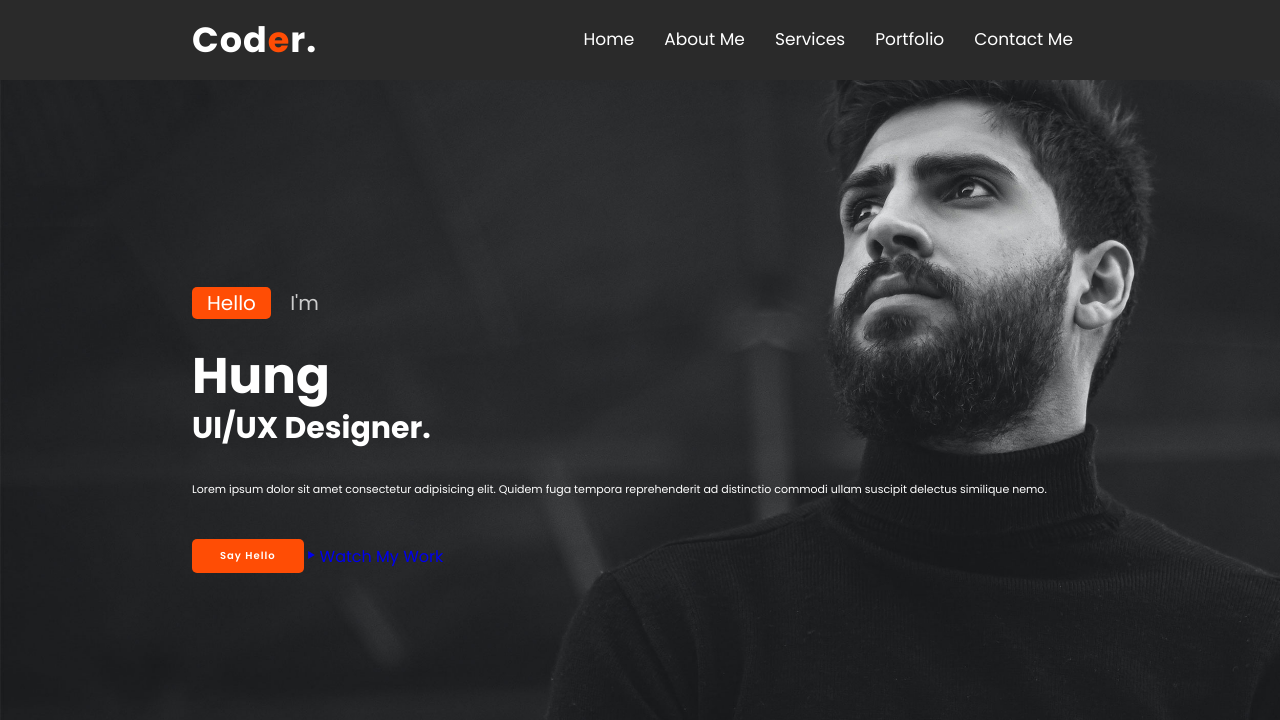
Repository: HungNg99/Protifolio2
Page: Portfolio/index.html
An editor plug-in stored every save of this project. The page is shown before and after the next save, followed by the edit.
The browser window is 1280 px wide. The pictures show the whole page.

Above is the page before, as saved 2022-12-09 10:05:02.

### Portfolio/index.html
<!DOCTYPE html>
<html lang="en">

<head>
    <meta charset="UTF-8">
    <meta http-equiv="X-UA-Compatible" content="IE=edge">
    <meta name="viewport" content="width=device-width, initial-scale=1.0">
    <title>Portfolio</title>
    <link rel="stylesheet" href="./reset.css">
    <link rel="stylesheet" href="./style.css">
    <link rel="stylesheet" href="https://cdnjs.cloudflare.com/ajax/libs/font-awesome/6.2.1/css/all.min.css"
        integrity="sha512-MV7K8+y+gLIBoVD59lQIYicR65iaqukzvf/nwasF0nqhPay5w/9lJmVM2hMDcnK1OnMGCdVK+iQrJ7lzPJQd1w=="
        crossorigin="anonymous" referrerpolicy="no-referrer" />

        <link rel="stylesheet"
        href="https://unpkg.com/boxicons@latest/css/boxicons.min.css">

    <link
        href="https://fonts.googleapis.com/css2?family=Montserrat:wght@800&family=Poppins:ital,wght@0,300;0,400;0,600;0,700;1,600&family=Roboto:wght@300;500&display=swap"
        rel="stylesheet">
</head>

<body>
    <!-- header design-->
    <header>
        <a href="#" class="logo">Cod<span>e</span>r.</a>
        <ul class="nav-list">
            <li><a href="#home" class="nav-link">
                    Home
                </a></li>
            <li><a href="#about" class="nav-link">
                    About Me
                </a></li>
            <li><a href="#services" class="nav-link">
                    Services
                </a></li>
            <li><a href="#portfolio" class="nav-link">
                    Portfolio
                </a></li>
            <li><a href="#contact" class="nav-link">
                    Contact Me
                </a></li>
        </ul>

        <div class="bx bx-menu" id="menu-icon">
        </div>
    </header>

    <!-- home section design -->
    <section class="home" id="home">
       <div class="home-text">
        <div class="slide">
            <span class="one">Hello</span>
            <span class="two">I'm</span>
        </div>
        <h1>Hung</h1>
        <h3>UI/UX <span>Designer.</span> </h3>
        <p>Lorem ipsum dolor sit amet consectetur adipisicing elit. Quidem fuga tempora reprehenderit ad distinctio commodi ullam suscipit delectus similique nemo.</p>
        <div class="button">
            <a href="#" class="btn">Say Hello</a>
            <a href="#" class="btn2"><span><i class='bx bx-play'></i>Watch My Work</span></a>
        </div>
       </div>
    </section>
    <script src="./scripts.js"></script>
</body>

</html>

### Portfolio/reset.css
html {
    box-sizing: border-box;
  }
  * {
    margin: 0;
    padding: 0;
  }
  *,
  *:before,
  *:after {
    box-sizing: border-box;
  }
  input,
  textarea,
  select,
  button {
    outline: none;
  }
  input {
    line-height: normal;
  }
  label,
  button {
    cursor: pointer;
  }
  a {
    text-decoration: none;
  }
  img {
    display: block;
    max-width: 100%;
  }
  *,
  *:before,
  *:after {
    box-sizing: border-box;
  }
  /* using rem unit */
  html {
    font-size: 62.5%;
  }
  a {
    text-decoration: none;
  }
  img {
    display: block;
    max-width: 100%;
  }
  body {
    font-family: "Poppins", sans-serif;
    font-size: 16px;
    line-height: 1;
    list-style: none;
    scroll-behavior: smooth;
    /* height: 200vh; */
  }

### Portfolio/style.css
:root {
    --bg-color: #2a2a2a;
    --second-bg-color: #202020;
    --text-color: #fff;
    --second-color: #ccc;
    --main-color: #ff4d05;
    --big-font: 5rem;
    --h2-font: 3rem;
    --p-font: 1.1rem;
}

header {
    position: fixed;
    width: 100%;
    top: 0;
    right: 0;
    z-index: 1000;
    align-items: center;
    justify-content: space-between;
    background: var(--bg-color);
    padding: 22px 15%;
    border-bottom: 1px solid transparent;
    transition: all 0.45s ease;
    display: flex;
    justify-content: space-between;
    align-items: center;
}

.logo {
    color: var(--text-color);
    font-size: 35px;
    font-weight: 700;
    letter-spacing: 1px;
}

.logo span {
    color: var(--main-color);
}

.nav-list {
    display: flex;
    list-style: none;
}

.nav-list .nav-link {
    color: var(--text-color);
    margin: 0 15px;
    font-size: 17px;
    font-weight: 500;
    transition: all 0.45s ease;
}

.nav-list .nav-link:hover {
    color: var(--main-color);
}

.nav-list .nav-link.active {
    color: var(--main-color);
}

#menu-icon {
    color: var(--text-color);
    font-size: 35px;
    z-index: 10001;
    cursor: pointer;
    margin-left: 25px;
    display: none;

}

section {
    padding: 160px 15% 120px;
}

.home {
    position: relative;
    background-image: url(./img/background.jpg);
    background-repeat: no-repeat;
    background-position: center;
    background-size: cover;
    height: 100vh;
    width: 100%;
    display: flex;
    align-items: center;
    justify-content: flex-start;
}

.slide {
    margin-bottom: 30px;
}

.one {
    display: inline-block;
    margin-right: 15px;
    height: 32px;
    padding: 0 15px;
    line-height: 32px;
    font-size: 20px;
    font-weight: 500;
    border-radius: 5px;
    background-color: var(--main-color);
    color: var(--text-color);
}

.two {
    display: inline-block;
    color: var(--second-color);
    font-size: 20px;
    font-weight: 500;
}
.home-text{
    margin-top: 100px;
}
.home-text h1 {
    font-size: var(--big-font);
    font-weight: 700;
    color: var(--text-color);
    line-height:1.1;
    margin: 0 0 8px;
}
.home-text h3{
    color: var(--text-color);
    margin: 0 0 35px;
    font-size: 3rem;
    font-weight: 700;
    line-height:1.1;
}
.home-text p{
    color: var(--text-color);
    font-size: var(--p-font);
    line-height:1.8;
    margin-bottom: 40px;
}
.button{
    display:flex;
    align-items: center;
    justify-content: flex-start;
}
.btn{
    display: inline-block;
    padding: 12px 28px;
    background: var(--main-color);
    border-radius: 5px;
    color: var(--text-color);
    font-size:1rem;
    letter-spacing: 1px;
    font-weight: 600;
    transition: all 0.45s ease;
}

Loaded but not shown: Portfolio/scripts.js (no copy from this time; the picture is the same without it)

After the next save:
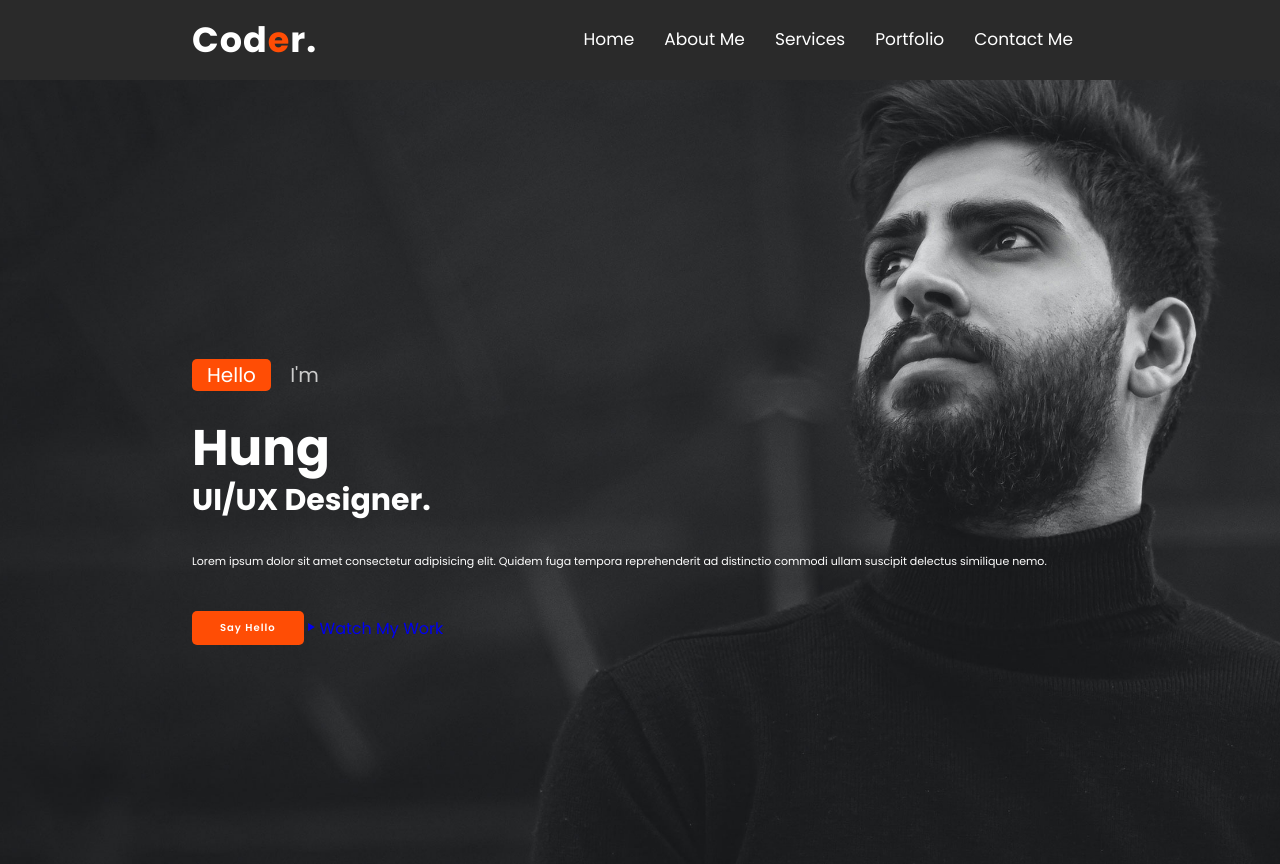
Saved 18 s later.
--- a/Portfolio/style.css
+++ b/Portfolio/style.css
@@ -78,7 +78,7 @@ section {
     background-repeat: no-repeat;
     background-position: center;
     background-size: cover;
-    height: 100vh;
+    height: 120vh;
     width: 100%;
     display: flex;
     align-items: center;
